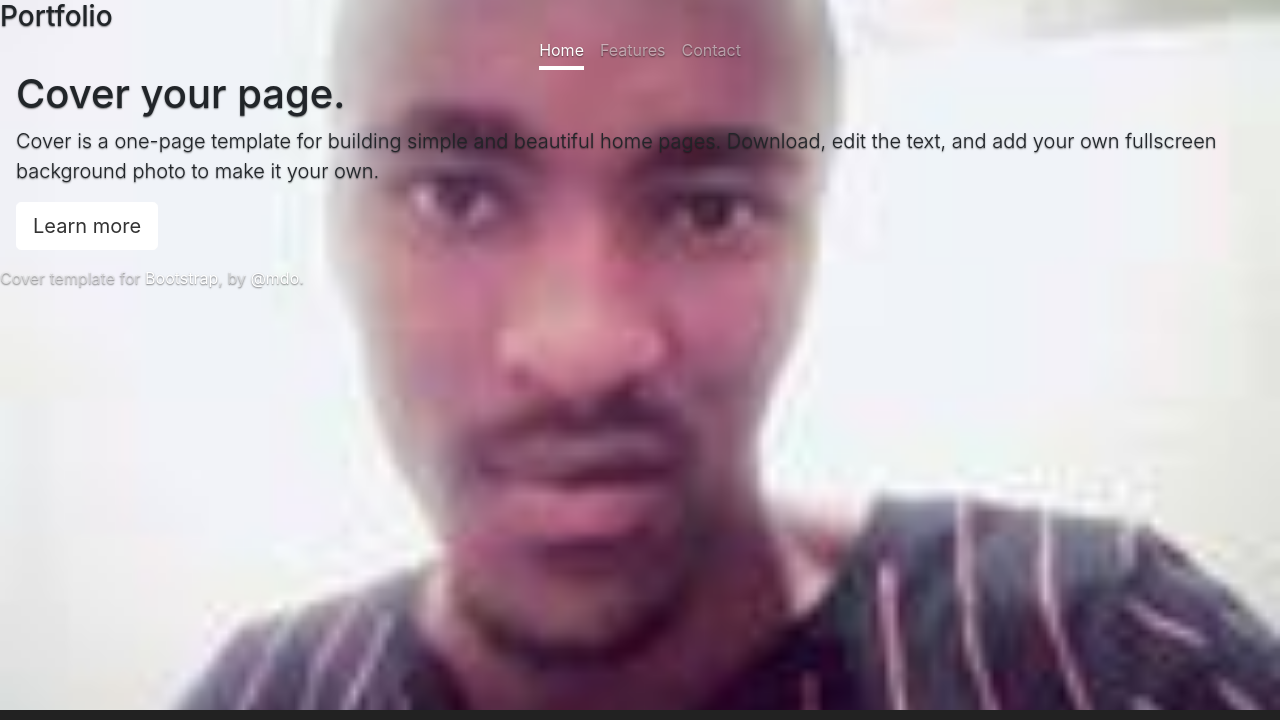
Repository: Shlahla48/zaio-bootstrap-portfolio
Page: index.html
These files come from the project's save history. The page is drawn as it stood at one moment and after the next save; the edit follows.
The browser window is 1280 px wide. The pictures show the whole page.

Above is the page before, as saved 2022-10-10 14:11:48.

### index.html
<!doctype html>
<html lang="en" class="h-100">
  <head>
    <meta charset="utf-8">
    <meta name="viewport" content="width=device-width, initial-scale=1">
    <meta name="description" content="">
    <meta name="author" content="Mark Otto, Jacob Thornton, and Bootstrap contributors">
    <meta name="generator" content="Hugo 0.104.2">
    <title>Portfolio | Kenalemang Solomon Hlahla</title>

    <link rel="canonical" href="https://getbootstrap.com/docs/5.2/examples/cover/">





    <link rel="stylesheet" href="https://cdn.jsdelivr.net/npm/bootstrap@4.6.2/dist/css/bootstrap.min.css" integrity="sha384-xOolHFLEh07PJGoPkLv1IbcEPTNtaed2xpHsD9ESMhqIYd0nLMwNLD69Npy4HI+N" crossorigin="anonymous">
    <style>
      .bd-placeholder-img {
        font-size: 1.125rem;
        text-anchor: middle;
        -webkit-user-select: none;
        -moz-user-select: none;
        user-select: none;
      }

      @media (min-width: 768px) {
        .bd-placeholder-img-lg {
          font-size: 3.5rem;
        }
      }

      .b-example-divider {
        height: 3rem;
        background-color: rgba(0, 0, 0, .1);
        border: solid rgba(0, 0, 0, .15);
        border-width: 1px 0;
        box-shadow: inset 0 .5em 1.5em rgba(0, 0, 0, .1), inset 0 .125em .5em rgba(0, 0, 0, .15);
      }

      .b-example-vr {
        flex-shrink: 0;
        width: 1.5rem;
        height: 100vh;
      }

      .bi {
        vertical-align: -.125em;
        fill: currentColor;
      }

      .nav-scroller {
        position: relative;
        z-index: 2;
        height: 2.75rem;
        overflow-y: hidden;
      }

      .nav-scroller .nav {
        display: flex;
        flex-wrap: nowrap;
        padding-bottom: 1rem;
        margin-top: -1px;
        overflow-x: auto;
        text-align: center;
        white-space: nowrap;
        -webkit-overflow-scrolling: touch;
      }
    </style>


    <!-- Custom styles for this template -->
    <link href="cover.css" rel="stylesheet">
  </head>
  <body class="">

<div class="banner-wrap">
  <header class="mb-auto">
    <div>
      <h3 class="float-md-start mb-0">Portfolio</h3>
      <nav class="nav nav-masthead justify-content-center float-md-end">
        <a class="nav-link fw-bold py-1 px-0 active" aria-current="page" href="#">Home</a>
        <a class="nav-link fw-bold py-1 px-0" href="#">Features</a>
        <a class="nav-link fw-bold py-1 px-0" href="#">Contact</a>
      </nav>
    </div>
  </header>

  <main class="px-3">
    <h1>Cover your page.</h1>
    <p class="lead">Cover is a one-page template for building simple and beautiful home pages. Download, edit the text, and add your own fullscreen background photo to make it your own.</p>
    <p class="lead">
      <a href="#" class="btn btn-lg btn-secondary fw-bold border-white bg-white">Learn more</a>
    </p>
  </main>

  <footer class="mt-auto text-white-50">
    <p>Cover template for <a href="https://getbootstrap.com/" class="text-white">Bootstrap</a>, by <a href="https://twitter.com/mdo" class="text-white">@mdo</a>.</p>
  </footer>
</div>



  </body>
</html>

### cover.css
/*
 * Globals
 */


/* Custom default button */
.btn-secondary,
.btn-secondary:hover,
.btn-secondary:focus {
  color: #333;
  text-shadow: none; /* Prevent inheritance from `body` */
}


/*
 * Base structure
 */

body {
  text-shadow: 0 .05rem .1rem rgba(0, 0, 0, .5);
  box-shadow: inset 0 0 5rem rgba(0, 0, 0, .5);
}



.cover-container {
  max-width: 42em;
}


/*
 * Header
 */

 .banner-wrap {
  background-image: url(./assets/download.jpeg);
  background-size: cover;
  background-repeat: no-repeat;
  background-position: center;
  height: 100vh;
  border-bottom: 10px solid #222222;
  position: relative;
z-index: 1;
}
.overlay {
 z-index: -1;
  height: 100%;
  width: 100%;
  background: black;
  opacity: 60%;
  position: absolute;
  top: 0;
}

.nav-masthead .nav-link {
  color: rgba(255, 255, 255, .5);
  border-bottom: .25rem solid transparent;
}

.nav-masthead .nav-link:hover,
.nav-masthead .nav-link:focus {
  border-bottom-color: rgba(255, 255, 255, .25);
}

.nav-masthead .nav-link + .nav-link {
  margin-left: 1rem;
}

.nav-masthead .active {
  color: #fff;
  border-bottom-color: #fff;
}

After the next save:
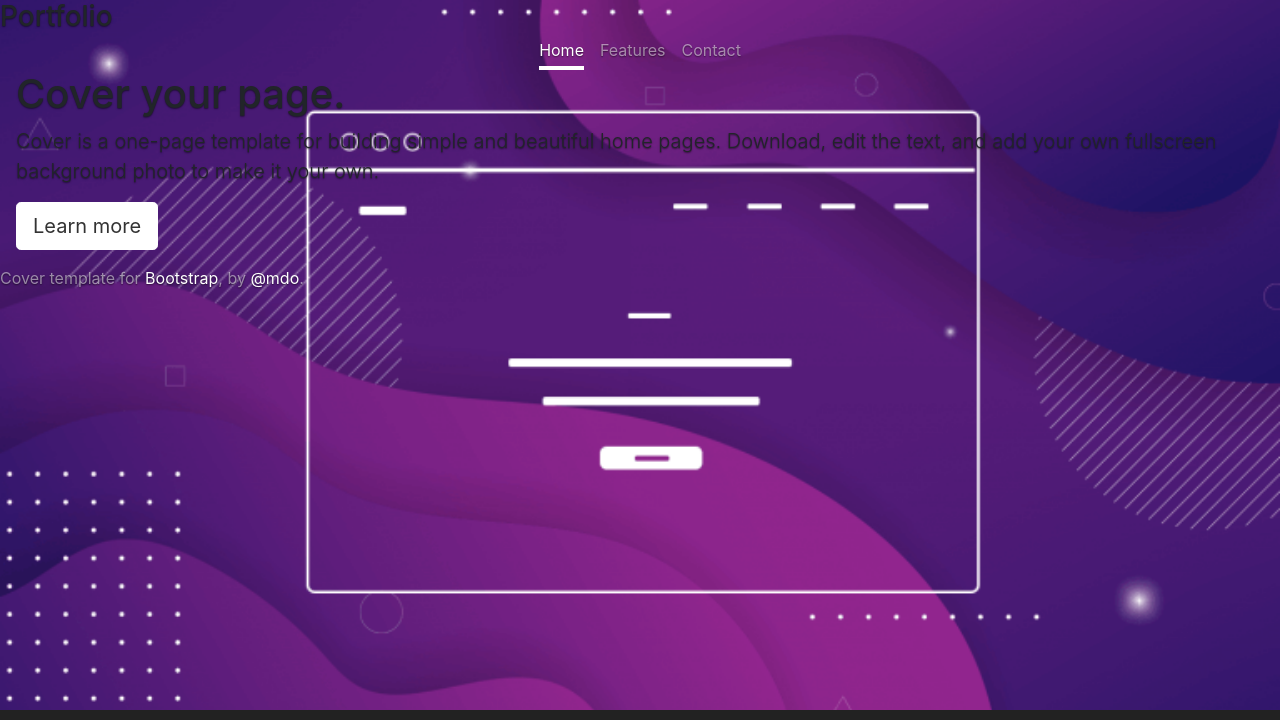
Saved 109 s later.
--- a/cover.css
+++ b/cover.css
@@ -33,7 +33,7 @@ body {
  */
 
  .banner-wrap {
-  background-image: url(./assets/download.jpeg);
+  background-image: url(./assets/BG-png.png);
   background-size: cover;
   background-repeat: no-repeat;
   background-position: center;
